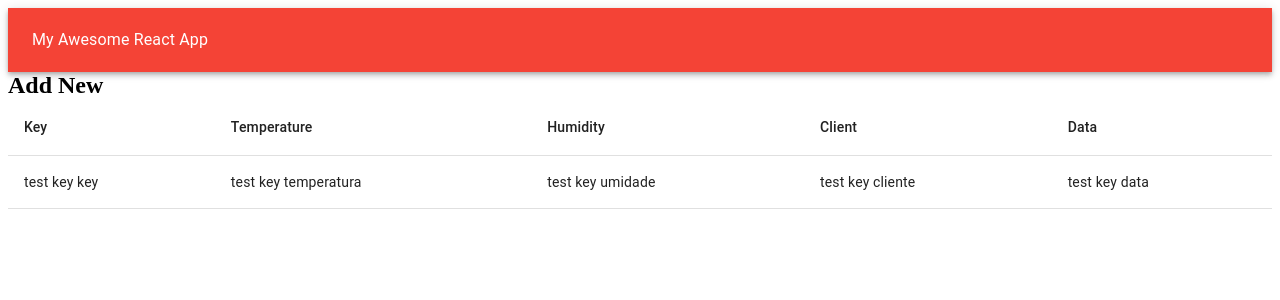
Repository: maathh/water-client
Page: /
The author's editor kept a copy of each file at every save. The page is drawn from the files as they stood at one save, then again after the next save.
The browser window is 1280 px wide. The pictures show the whole page.
The project was rebuilt for these pictures with package versions that can differ from the ones it lists, and the page was loaded fresh each time.

Above is the page before, as saved 2019-09-21 19:21:24.

After the next save:
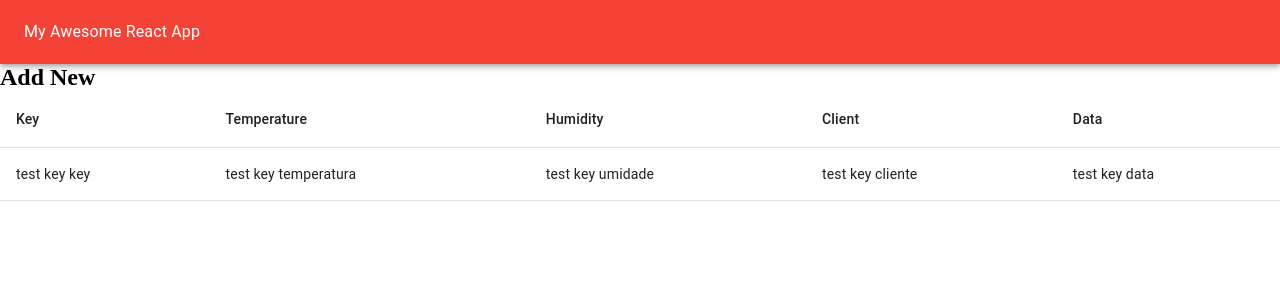
Saved 23 s later.
--- a/public/index.html
+++ b/public/index.html
@@ -26,7 +26,7 @@
     -->
     <title>React App</title>
   </head>
-  <body style="padding: 0px">
+  <body style="padding: 0; margin:0">
     <noscript>You need to enable JavaScript to run this app.</noscript>
     <div id="root"></div>
     <!--
